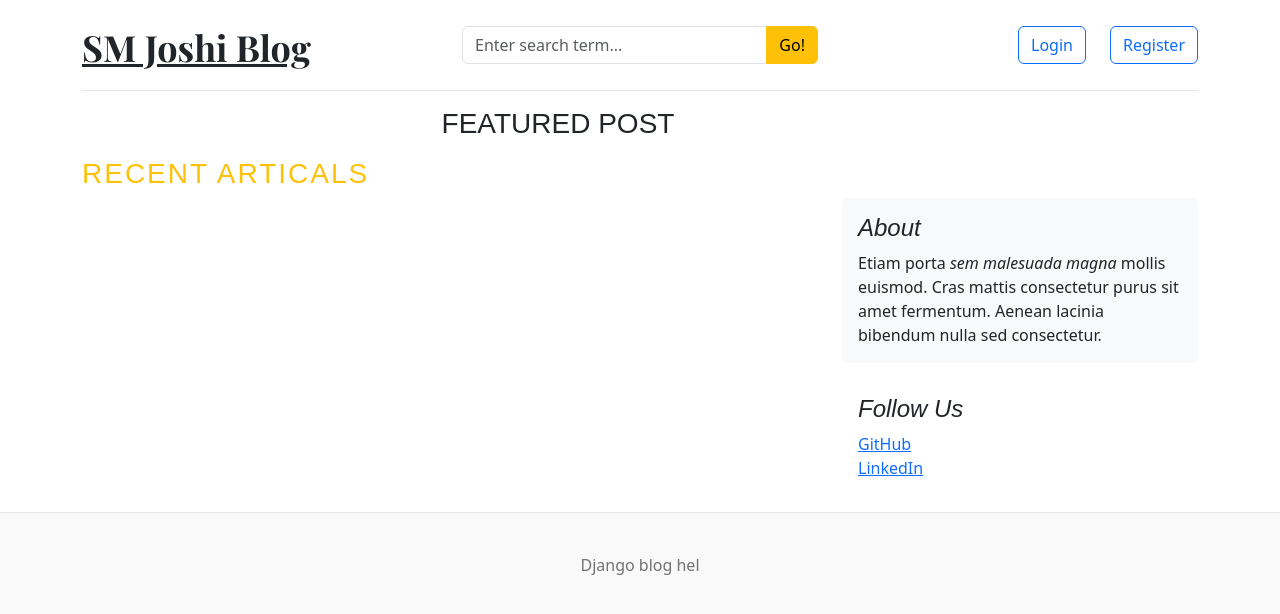
Repository: vijayholve/Blog-Website-Django
Page: templates/home.html
The author's editor kept a copy of each file at every save. The page is drawn from the files as they stood at one save, then again after the next save.
The browser window is 1280 px wide. The pictures show the whole page.
Some web fonts or font styles are not loaded; a fallback is used. The template is drawn by Django 5.2. The application's start-up code is not run. Other server files are loaded and not shown. The template is opened directly, without the code that normally fills it, so the values that code supplies are empty.

Above is the page before, as saved 2025-01-29 16:25:22.

### templates/home.html

{% extends 'base/base.html' %}

{% block content %}

{% for post in featured_post %}
 {% if forloop.first %}
<div class="jumbotron p-3 p-md-5 text-white rounded bg-dark" style="background-image: url({{ post.blog_image.url }});background-blend-mode: overlay;background-size:cover;">
    <div class="col-md-8 px-0">
      <h1 class="display-4 font-italic"><a href="{% url 'blogs' post.slug %}">{{ post.title }}</a></h1>
      <p class="lead my-3">{{ post.short_description | truncatewords:20 }}</p>
      <p class="lead mb-0"><a href="#" class="text-white font-weight-bold">Continue reading...</a></p>
    </div>
</div>
  {% endif %}
{% endfor %}


<!-- Featured POST -->
<div class="container row mb-2">
  <div class="container">

    <h3 class="container mr-4 text-uppercase text-dark text-bold text-center" >Featured POST</h3>
    {% for post in featured_post %}
    {% if not forloop.first %}
    <div class="col-md-6">
      <div class="card border-0" >
        <div class="card-body">
          <h3><a href="{% url 'blogs' post.slug %}">{{ post.title }}</a></h3>
          <small class="mb-1 text-muted">
            <span class=" material-symbols-outlined">
              schedule
            </span>
            {{ post.created_at | timesince }} ago | {{ post.author }}</small>
            <p class="card-text">{{ post.short_description | truncatewords:20 }}</p>
          </div>
        </div>
      </div>
      {% endif %}
      {% endfor %}
    </div>

  </div>
  <!-- Recent artical -->
  <main role="main" class="container ">
    <h3 class="text-uppercase text-warning" style="letter-spacing: 2px;">Recent Articals</h3>
    <div class="row">
      <div class="col-md-8 blog-main">
        {% for post in posts %}
        <div class="card border-0" >
          <div class="card-body">
            <h3><a href="{% url 'blogs' post.slug %}">{{ post.title }}</a></h3>
            <small class="mb-1 text-muted">{{ post.created_at | timesince }} ago | {{ post.author }}</small>
            <p class="card-text">{{ post.short_description | truncatewords:20 }}</p>
          </div>
        </div>
        {% endfor %}
      </div>
      <!-- /.blog-main -->

      <aside class="col-md-4 blog-sidebar">
        <div class="p-3 mb-3 bg-light rounded">
          <h4 class="font-italic">About</h4>
          <p class="mb-0">Etiam porta <em>sem malesuada magna</em> mollis euismod. Cras mattis consectetur purus sit amet fermentum. Aenean lacinia bibendum nulla sed consectetur.</p>
        </div>

        <div class="p-3">
          <h4 class="font-italic">Follow Us</h4>
          <ol class="list-unstyled">
            <li><a href="#">GitHub</a></li>
            <li><a href="#">LinkedIn</a></li>
          </ol>
        </div>
      </aside><!-- /.blog-sidebar -->

    </div><!-- /.row -->

  </main><!-- /.container -->

</div>
{% endblock %}

### templates/base/base.html
<!-- Header part -->
{% include './header.html' %}

<!-- Main content part -->
{% block content %}
<div class="container-fluid">

</div>
{% endblock %}

<!-- Footer -->
{% include './footer.html' %}

### templates/base/header.html
{% load static %}
<!DOCTYPE html>
<html lang="en">
<head>
    <meta charset="UTF-8">
    <meta http-equiv="X-UA-Compatible" content="IE=edge">
    <meta name="viewport" content="width=device-width, initial-scale=1.0">
    <title>SM Joshi Blogs</title>
    <link href="https://getbootstrap.com/docs/4.0/dist/css/bootstrap.min.css" rel="stylesheet">
    <link href="https://fonts.googleapis.com/css?family=Playfair+Display:700,900" rel="stylesheet">
    <link href="{% static 'css/blog.css' %}" rel="stylesheet">
    <link href="{% static 'css/Navbar.css' %}" rel="stylesheet">
    <link rel="stylesheet" href="https://cdn.jsdelivr.net/npm/bootstrap@4.4.1/dist/css/bootstrap.min.css" integrity="sha384-Vkoo8x4CGsO3+Hhxv8T/Q5PaXtkKtu6ug5TOeNV6gBiFeWPGFN9MuhOf23Q9Ifjh" crossorigin="anonymous">
    <link href="https://cdn.jsdelivr.net/npm/bootstrap@5.3.3/dist/css/bootstrap.min.css" rel="stylesheet" integrity="sha384-QWTKZyjpPEjISv5WaRU9OFeRpok6YctnYmDr5pNlyT2bRjXh0JMhjY6hW+ALEwIH" crossorigin="anonymous">
    <link rel="stylesheet" href="https://fonts.googleapis.com/css2?family=Material+Symbols+Outlined:opsz,wght,FILL,GRAD@20..48,100..700,0..1,-50..200&icon_names=schedule" />
    <link rel="stylesheet" href="https://cdnjs.cloudflare.com/ajax/libs/font-awesome/4.7.0/css/font-awesome.min.css">

  </head>
<body>
    <div class="container ">
      <header class="blog-header py-3">
        <div class="row flex-nowrap justify-content-between align-items-center">
          <div class="col-4 pt-1">
            <a class="blog-header-logo text-dark" href="/">SM Joshi Blog</a>
          </div>
          <div class="col-4">
            <form action="{% url 'search' %}" method="GET">
              <div class="input-group">
                <input class="form-control" name="keyword" type="text" placeholder="Enter search term..." aria-label="Enter search term..." aria-describedby="button-search" />
                <button type="submit" class="btn btn-warning" id="button-search" type="button">Go!</button>
            </div>
            </form>
          </div>

          <div class="col-4 d-flex justify-content-end align-items-center">
            {% if not user.is_authenticated %}
            <div class="nav-item ml-4">
              <div class="nav-link">
                <a class="btn btn-outline-primary" href="{% url 'login' %}">Login</a>
              </div>
            </div>
            <div class="nav-item ml-4">
              <div class="nav-link">
                <a class="btn btn-outline-primary" href="{% url 'register' %}">Register</a>
              </div>
            </div>
            {% else %}
            <div class="nav-item ml-4">
              <div class="nav-link">
                <a class="btn btn-outline-primary" href="{% url 'dashboard' %}">Dashboard</a>
              </div>
            </div>
            <div class="nav-item ml-4">
              <div class="nav-link">
                <a class="btn btn-outline-danger" href="{% url 'logout' %}">Logout</a>
              </div>
            </div>
            {% endif %}
          </div>
        </div>
      </header>

      <div class="nav-scroller py-1 mb-2">
        <nav class="nav d-flex justify-content-between">
          {% for cat in categories %}
          <a class="p-2 text-muted" href="{% url 'posts_by_category' cat.id  %}">{{ cat.category_name }}</a>
          {% endfor %}
        </nav>
      </div>
    </div>
    <script src="https://cdn.jsdelivr.net/npm/bootstrap@5.3.3/dist/js/bootstrap.bundle.min.js" integrity="sha384-YvpcrYf0tY3lHB60NNkmXc5s9fDVZLESaAA55NDzOxhy9GkcIdslK1eN7N6jIeHz" crossorigin="anonymous"></script>
</body>
</html>

### templates/base/footer.html
<footer class="blog-footer">
    <p>Django blog <a>hel</a></p>
  </footer>
  </body>
  </html>

### static/css/blog.css
/* stylelint-disable selector-list-comma-newline-after */

.blog-header {
  border-bottom: 1px solid #e5e5e5;
}

.blog-header-logo {
  font-family: "Playfair Display", Georgia, "Times New Roman", serif/*rtl:Amiri, Georgia, "Times New Roman", serif*/;
  font-size: 2.25rem;
}

.blog-header-logo:hover {
  text-decoration: none;
}

h1, h2, h3, h4, h5, h6 {
  font-family: "Playfair Display", Georgia, "Times New Roman", serif/*rtl:Amiri, Georgia, "Times New Roman", serif*/;
}

.display-4 {
  font-size: 2.5rem;
}
@media (min-width: 768px) {
  .display-4 {
    font-size: 3rem;
  }
}

.flex-auto {
  flex: 0 0 auto;
}

.h-250 { height: 250px; }
@media (min-width: 768px) {
  .h-md-250 { height: 250px; }
}

/* Pagination */
.blog-pagination {
  margin-bottom: 4rem;
}

/*
 * Blog posts
 */
.blog-post {
  margin-bottom: 4rem;
}
.blog-post-title {
  font-size: 2.5rem;
}
.blog-post-meta {
  margin-bottom: 1.25rem;
  color: #727272;
}

/*
 * Footer
 */
.blog-footer {
  padding: 2.5rem 0;
  color: #727272;
  text-align: center;
  background-color: #f9f9f9;
  border-top: .05rem solid #e5e5e5;
}
.blog-footer p:last-child {
  margin-bottom: 0;
}


.material-symbols-outlined{
  width: 20px;
  /* height: 300px; */
}

### static/css/Navbar.css
:root {
    --font-family-sans-serif: "Open Sans", -apple-system, BlinkMacSystemFont,
    "Segoe UI", Roboto, "Helvetica Neue", Arial, sans-serif, "Apple Color Emoji",
    "Segoe UI Emoji", "Segoe UI Symbol", "Noto Color Emoji";
}

*, *::before, *::after {
    -webkit-box-sizing: border-box;
    box-sizing: border-box;
}

html {
    font-family: sans-serif;
    line-height: 1.15;
    -webkit-text-size-adjust: 100%;
    -webkit-tap-highlight-color: rgba(0, 0, 0, 0);
}

nav {
    display: block;
}

body {
    margin: 0;
    font-family: "Open Sans", -apple-system, BlinkMacSystemFont, "Segoe UI",
    Roboto, "Helvetica Neue", Arial, sans-serif, "Apple Color Emoji",
    "Segoe UI Emoji", "Segoe UI Symbol", "Noto Color Emoji";
    font-size: 1rem;
    font-weight: 400;
    line-height: 1.5;
    color: #515151;
    text-align: left;
    background-color: #e9edf4;
}

h1, h2, h3, h4, h5, h6 {
    margin-top: 0;
    margin-bottom: 0.5rem;
}

p {
    margin-top: 0;
    margin-bottom: 1rem;
}

a {
    color: #3f84fc;
    text-decoration: none;
    background-color: transparent;
}

a:hover {
    color: #0458eb;
    text-decoration: underline;
}

h1, h2, h3, h4, h5, h6, .h1, .h2, .h3, .h4, .h5, .h6 {
    font-family: "Nunito", sans-serif;
    margin-bottom: 0.5rem;
    font-weight: 500;
    line-height: 1.2;
}

h1, .h1 {
    font-size: 2.5rem;
    font-weight: normal;
}

.card {
    position: relative;
    display: -webkit-box;
    display: -webkit-flex;
    display: -ms-flexbox;
    display: flex;
    -webkit-box-orient: vertical;
    -webkit-box-direction: normal;
    -webkit-flex-direction: column;
    -ms-flex-direction: column;
    flex-direction: column;
    min-width: 0;
    word-wrap: break-word;
    background-color: #fff;
    background-clip: border-box;
    border: 1px solid rgba(0, 0, 0, 0.125);
    border-radius: 0;
}

.card-body {
    -webkit-box-flex: 1;
    -webkit-flex: 1 1 auto;
    -ms-flex: 1 1 auto;
    flex: 1 1 auto;
    padding: 1.25rem;
}

.card-header {
    padding: 0.75rem 1.25rem;
    margin-bottom: 0;
    background-color: rgba(0, 0, 0, 0.03);
    border-bottom: 1px solid rgba(0, 0, 0, 0.125);
    text-align: center;
}

.dashboard {
    display: -webkit-box;
    display: -webkit-flex;
    display: -ms-flexbox;
    display: flex;
    min-height: 100vh;
}

.dashboard-app {
    display: -webkit-box;
    display: -webkit-flex;
    display: -ms-flexbox;
    display: flex;
    -webkit-box-orient: vertical;
    -webkit-box-direction: normal;
    -webkit-flex-direction: column;
    -ms-flex-direction: column;
    flex-direction: column;
    -webkit-box-flex: 2;
    -webkit-flex-grow: 2;
    -ms-flex-positive: 2;
    flex-grow: 2;
    margin-top: 84px;
}

.dashboard-content {
    -webkit-box-flex: 2;
    -webkit-flex-grow: 2;
    -ms-flex-positive: 2;
    flex-grow: 2;
    padding: 25px;
}

.dashboard-nav {
    min-width: 238px;
    position: fixed;
    left: 0;
    top: 0;
    bottom: 0;
    overflow: auto;
    background-color: #373193;
}

.dashboard-compact .dashboard-nav {
    display: none;
}

.dashboard-nav header {
    min-height: 84px;
    padding: 8px 27px;
    display: -webkit-box;
    display: -webkit-flex;
    display: -ms-flexbox;
    display: flex;
    -webkit-box-pack: center;
    -webkit-justify-content: center;
    -ms-flex-pack: center;
    justify-content: center;
    -webkit-box-align: center;
    -webkit-align-items: center;
    -ms-flex-align: center;
    align-items: center;
}

.dashboard-nav header .menu-toggle {
    display: none;
    margin-right: auto;
}

.dashboard-nav a {
    color: #515151;
}

.dashboard-nav a:hover {
    text-decoration: none;
}

.dashboard-nav {
    background-color: #443ea2;
}

.dashboard-nav a {
    color: #fff;
}

.brand-logo {
    font-family: "Nunito", sans-serif;
    font-weight: bold;
    font-size: 20px;
    display: -webkit-box;
    display: -webkit-flex;
    display: -ms-flexbox;
    display: flex;
    color: #515151;
    -webkit-box-align: center;
    -webkit-align-items: center;
    -ms-flex-align: center;
    align-items: center;
}

.brand-logo:focus, .brand-logo:active, .brand-logo:hover {
    color: #dbdbdb;
    text-decoration: none;
}

.brand-logo i {
    color: #d2d1d1;
    font-size: 27px;
    margin-right: 10px;
}

.dashboard-nav-list {
    display: -webkit-box;
    display: -webkit-flex;
    display: -ms-flexbox;
    display: flex;
    -webkit-box-orient: vertical;
    -webkit-box-direction: normal;
    -webkit-flex-direction: column;
    -ms-flex-direction: column;
    flex-direction: column;
}

.dashboard-nav-item {
    min-height: 56px;
    padding: 8px 20px 8px 70px;
    display: -webkit-box;
    display: -webkit-flex;
    display: -ms-flexbox;
    display: flex;
    -webkit-box-align: center;
    -webkit-align-items: center;
    -ms-flex-align: center;
    align-items: center;
    letter-spacing: 0.02em;
    transition: ease-out 0.5s;
}

.dashboard-nav-item i {
    width: 36px;
    font-size: 19px;
    margin-left: -40px;
}

.dashboard-nav-item:hover {
    background: rgba(255, 255, 255, 0.04);
}

.active {
    background: rgba(0, 0, 0, 0.1);
}

.dashboard-nav-dropdown {
    display: -webkit-box;
    display: -webkit-flex;
    display: -ms-flexbox;
    display: flex;
    -webkit-box-orient: vertical;
    -webkit-box-direction: normal;
    -webkit-flex-direction: column;
    -ms-flex-direction: column;
    flex-direction: column;
}

.dashboard-nav-dropdown.show {
    background: rgba(255, 255, 255, 0.04);
}

.dashboard-nav-dropdown.show > .dashboard-nav-dropdown-toggle {
    font-weight: bold;
}

.dashboard-nav-dropdown.show > .dashboard-nav-dropdown-toggle:after {
    -webkit-transform: none;
    -o-transform: none;
    transform: none;
}

.dashboard-nav-dropdown.show > .dashboard-nav-dropdown-menu {
    display: -webkit-box;
    display: -webkit-flex;
    display: -ms-flexbox;
    display: flex;
}

.dashboard-nav-dropdown-toggle:after {
    content: "";
    margin-left: auto;
    display: inline-block;
    width: 0;
    height: 0;
    border-left: 5px solid transparent;
    border-right: 5px solid transparent;
    border-top: 5px solid rgba(81, 81, 81, 0.8);
    -webkit-transform: rotate(90deg);
    -o-transform: rotate(90deg);
    transform: rotate(90deg);
}

.dashboard-nav .dashboard-nav-dropdown-toggle:after {
    border-top-color: rgba(255, 255, 255, 0.72);
}

.dashboard-nav-dropdown-menu {
    display: none;
    -webkit-box-orient: vertical;
    -webkit-box-direction: normal;
    -webkit-flex-direction: column;
    -ms-flex-direction: column;
    flex-direction: column;
}

.dashboard-nav-dropdown-item {
    min-height: 40px;
    padding: 8px 20px 8px 70px;
    display: -webkit-box;
    display: -webkit-flex;
    display: -ms-flexbox;
    display: flex;
    -webkit-box-align: center;
    -webkit-align-items: center;
    -ms-flex-align: center;
    align-items: center;
    transition: ease-out 0.5s;
}

.dashboard-nav-dropdown-item:hover {
    background: rgba(255, 255, 255, 0.04);
}

.menu-toggle {
    position: relative;
    width: 42px;
    height: 42px;
    display: -webkit-box;
    display: -webkit-flex;
    display: -ms-flexbox;
    display: flex;
    -webkit-box-align: center;
    -webkit-align-items: center;
    -ms-flex-align: center;
    align-items: center;
    -webkit-box-pack: center;
    -webkit-justify-content: center;
    -ms-flex-pack: center;
    justify-content: center;
    color: #443ea2;
}

.menu-toggle:hover, .menu-toggle:active, .menu-toggle:focus {
    text-decoration: none;
    color: #875de5;
}

.menu-toggle i {
    font-size: 20px;
}

.dashboard-toolbar {
    min-height: 84px;
    background-color: #dfdfdf;
    display: -webkit-box;
    display: -webkit-flex;
    display: -ms-flexbox;
    display: flex;
    -webkit-box-align: center;
    -webkit-align-items: center;
    -ms-flex-align: center;
    align-items: center;
    padding: 8px 27px;
    position: fixed;
    top: 0;
    right: 0;
    left: 0;
    z-index: 1000;
}

.nav-item-divider {
    height: 1px;
    margin: 1rem 0;
    overflow: hidden;
    background-color: rgba(236, 238, 239, 0.3);
}

@media (min-width: 992px) {
    .dashboard-app {
        margin-left: 238px;
    }

    .dashboard-compact .dashboard-app {
        margin-left: 0;
    }
}


@media (max-width: 768px) {
    .dashboard-content {
        padding: 15px 0px;
    }
}

@media (max-width: 992px) {
    .dashboard-nav {
        display: none;
        position: fixed;
        top: 0;
        right: 0;
        left: 0;
        bottom: 0;
        z-index: 1070;
    }

    .dashboard-nav.mobile-show {
        display: block;
    }
}

@media (max-width: 992px) {
    .dashboard-nav header .menu-toggle {
        display: -webkit-box;
        display: -webkit-flex;
        display: -ms-flexbox;
        display: flex;
    }
}

@media (min-width: 992px) {
    .dashboard-toolbar {
        left: 238px;
    }

    .dashboard-compact .dashboard-toolbar {
        left: 0;
    }
}

After the next save:
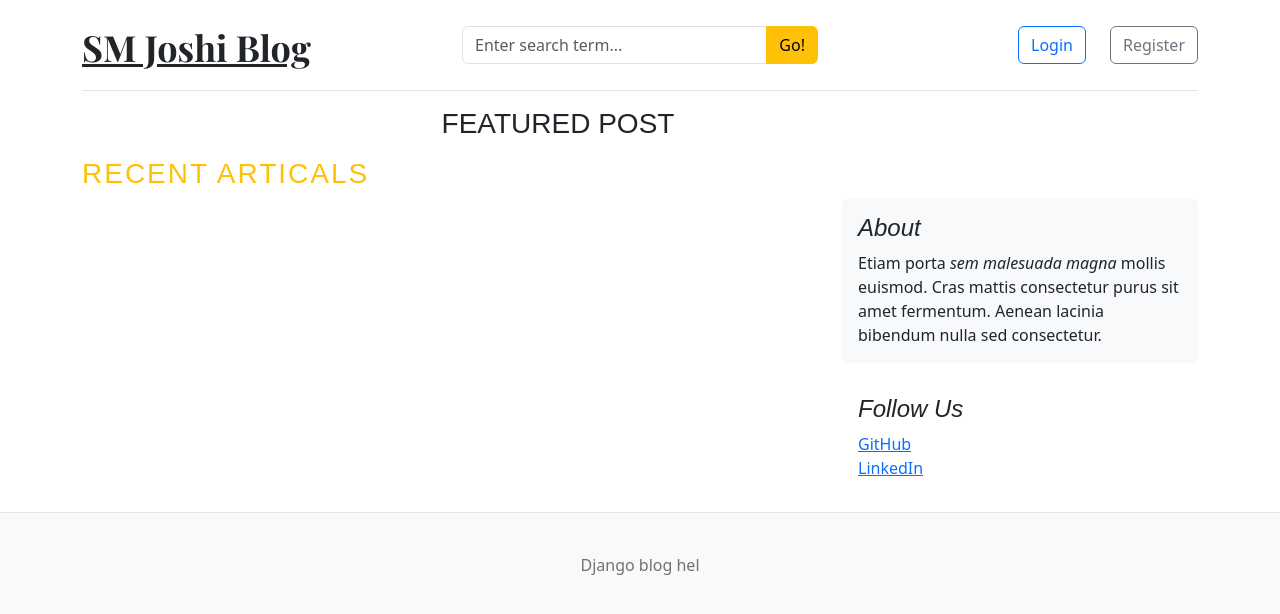
Saved 15 s later.
--- a/templates/base/header.html
+++ b/templates/base/header.html
@@ -41,7 +41,7 @@
             </div>
             <div class="nav-item ml-4">
               <div class="nav-link">
-                <a class="btn btn-outline-primary" href="{% url 'register' %}">Register</a>
+                <a class="btn btn-outline-secondary" href="{% url 'register' %}">Register</a>
               </div>
             </div>
             {% else %}
